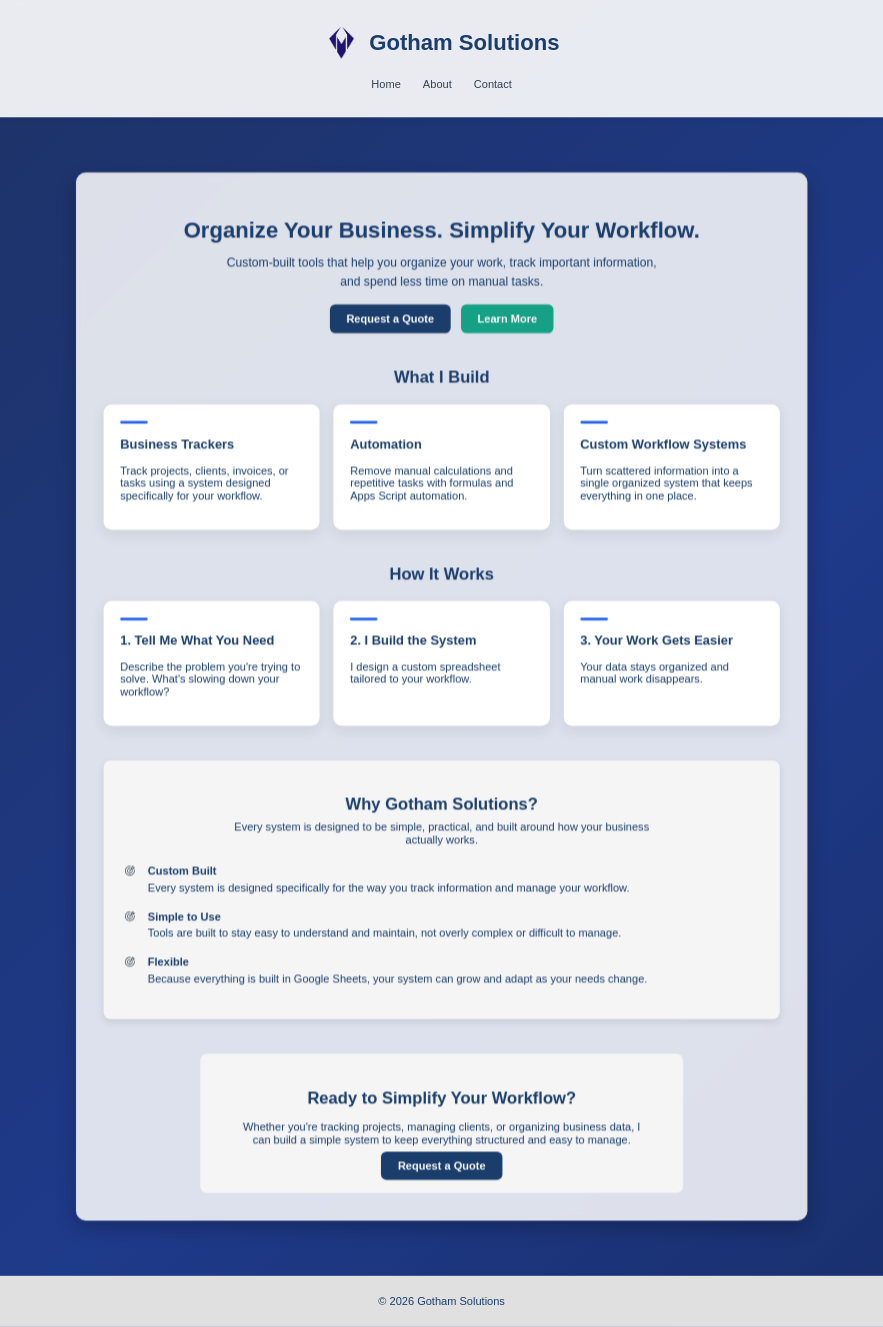
Repository: kmm569/gothamsolutions
Page: index.html
The author's editor kept a copy of each file at every save. The page is drawn from the files as they stood at one save, then again after the next save.
The browser window is 1280 px wide. The pictures show the whole page, at 69% of full size.

Above is the page before, as saved 2026-03-08 03:30:01.

### index.html
<!DOCTYPE html>
<html lang="en">

<head>

<meta charset="UTF-8">
<meta name="viewport" content="width=device-width, initial-scale=1.0">

<title>Gotham Solutions</title>

<link rel="stylesheet" href="styles.css">
<link rel="icon" href="./icons/favicon.ico">
</head>

<body>

<header>

	<div class="logo-container">
		<img src="LogoSolo.png" alt="Gotham Solutions Logo" class="logo">
		<h1>Gotham Solutions</h1>
	</div>

	<nav>
		<ul>
			<li><a href="index.html" class="nav-link">Home</a></li>
			<li><a href="about.html" class="nav-link">About</a></li>
			<li><a href="contact.html" class="nav-link">Contact</a></li>
		</ul>
	</nav>

</header>

<main>
<div class="content-wrapper">
<section class="hero">

	<h2>Organize Your Business. Simplify Your Workflow.</h2>

	<p class="hero-text">
	Custom-built tools that help you organize your work, track important information, and spend less time on manual tasks.
	</p>

	<div class="hero-buttons">

		<a href="contact.html" class="button-primary">
			Request a Quote
		</a>

		<a href="about.html" class="button-secondary">
			Learn More
		</a>

	</div>

</section>


<section class="services">

	<h2>What I Build</h2>

	<div class="service-grid">

		<div class="service-card">
			<h3>Business Trackers</h3>
			<p>
			Track projects, clients, invoices, or tasks using a system designed specifically for your workflow.
			</p>
		</div>

		<div class="service-card">
			<h3>Automation</h3>
			<p>
			Remove manual calculations and repetitive tasks with formulas and Apps Script automation.
			</p>
		</div>

		<div class="service-card">
			<h3>Custom Workflow Systems</h3>
			<p>
			Turn scattered information into a single organized system that keeps everything in one place.
			</p>
		</div>

	</div>

</section>


<section class="process">

	<h2>How It Works</h2>

	<div class="process-grid">

		<div class="process-step">
			<h3>1. Tell Me What You Need</h3>
			<p>
			Describe the problem you're trying to solve. What's slowing down your workflow?
			</p>
		</div>

		<div class="process-step">
			<h3>2. I Build the System</h3>
			<p>
			I design a custom spreadsheet tailored to your workflow.
			</p>
		</div>

		<div class="process-step">
			<h3>3. Your Work Gets Easier</h3>
			<p>
			Your data stays organized and manual work disappears.
			</p>
		</div>

	</div>

</section>

<section class="why-section">
		<h2>Why Gotham Solutions?</h2>

<p>
Every system is designed to be simple, practical, and built around how your business actually works.
</p>

<ul class="about-points">

<li>
<strong>Custom Built</strong><br>
Every system is designed specifically for the way you track information and manage your workflow.
</li>

<li>
<strong>Simple to Use</strong><br>
Tools are built to stay easy to understand and maintain, not overly complex or difficult to manage.
</li>

<li>
<strong>Flexible</strong><br>
Because everything is built in Google Sheets, your system can grow and adapt as your needs change.
</li>

</ul>
	</section>

<section class="cta">

	<h2>Ready to Simplify Your Workflow?</h2>

	<p>
	Whether you're tracking projects, managing clients, or organizing business data, I can build a simple system to keep everything structured and easy to manage.
	</p>

	<a href="contact.html" class="button-primary">
		Request a Quote
	</a>

</section>


</div>
</main>


<footer>
	<p>&copy; 2026 Gotham Solutions</p>
</footer>


<script>

const params = new URLSearchParams(window.location.search);

if (params.has("template")) {
	sessionStorage.setItem("template", params.get("template"));
}

if (params.has("source")) {
	sessionStorage.setItem("source", params.get("source"));
}

const header = document.querySelector("header");

let isShrunk = false;

const shrinkPoint = 120;
const expandPoint = 40;

window.addEventListener("scroll", () => {

	const scroll = window.scrollY;

	if (!isShrunk && scroll > shrinkPoint) {
		header.classList.add("scrolled");
		isShrunk = true;
	}

	if (isShrunk && scroll < expandPoint) {
		header.classList.remove("scrolled");
		isShrunk = false;
	}

});
</script>
</body>
</html>

### styles.css
*,
*::before,
*::after{
	box-sizing:border-box;
}

body{
	background:#ffffff;
	color:#1A3D6B;
	font-family:Arial, sans-serif;
	margin:0;
	padding:0;
	display:flex;
	flex-direction:column;
	min-height:100vh;
}

header{
	position:sticky;
	top:0;
	z-index:100;

	transition:padding 0.25s ease;
}

/* logo animation */
.logo-container{
	overflow:hidden;
	transition:
		max-height 0.25s ease,
		opacity 0.2s ease,
		transform 0.25s ease;
}

/* default visible logo height */
.logo-container{
	max-height:120px;
}

/* compact header when scrolling */
header.scrolled{
	padding:10px 20px;
	box-shadow:0 6px 18px rgba(0,0,0,0.15);
}

/* hide logo smoothly */
header.scrolled .logo-container{
	max-height:0;
	opacity:0;
	transform:translateY(-10px);
}

header{
	display:flex;
	flex-direction:column;
	align-items:center;

	padding:22px 20px;

	background:rgba(255,255,255,0.9);
	backdrop-filter:blur(6px);

	box-shadow:0 2px 10px rgba(0,0,0,0.08);
}
@media (max-width:600px){

	header{
		padding:16px 12px;
	}

}

.logo-container{
	display:flex;
	align-items:center;
	gap:14px;
}

.logo{
	height:52px;
}

nav ul{
	display:flex;
	gap:32px;

	list-style:none;
	padding:0;
	margin-top:12px;
}

.nav-link{
	text-decoration:none;

	color:#334155;
	font-weight:500;

	position:relative;

	transition:color 0.2s ease;
}

.nav-link:hover{
	color:#2563eb;
}

.nav-link::after{
	content:"";

	position:absolute;
	left:0;
	bottom:-4px;

	width:0;
	height:2px;

	background:#2563eb;

	transition:width 0.2s ease;
}

.nav-link:hover::after{
	width:100%;
}

main{
	flex:1;
	padding:40px 20px;
	width:100%;
	max-width:1100px;
	margin:0 auto;
}


/* HERO */

.hero{
	text-align:center;
	margin-bottom:50px;
}

.hero h2{
	font-size:2em;
	margin-bottom:15px;
}

.hero-text{
	max-width:650px;
	margin:auto;
	font-size:1.1em;
	line-height:1.5;
}

@media (max-width:600px){

	.hero-text{
		max-width:100%;
		padding:0 6px;
	}

}

.hero-buttons{
	margin-top:20px;
	display:flex;
	gap:15px;
	justify-content:center;
	flex-wrap:wrap;
}


/* BUTTONS */

.button-primary{
	background:#1A3D6B;
	color:white;
	padding:12px 24px;
	border-radius:8px;
	text-decoration:none;
	font-weight:bold;
}

.button-secondary{
	background:#16A085;
	color:white;
	padding:12px 24px;
	border-radius:8px;
	text-decoration:none;
	font-weight:bold;
}

@media (max-width:600px){

	.button-primary,
	.button-secondary{
		padding:10px 18px;
		font-size:0.95em;
	}

}


/* SERVICES */

.services{
	margin-bottom:50px;
}

.services h2{
	text-align:center;
	margin-bottom:25px;
}

.service-grid{
	display:grid;
	grid-template-columns:repeat(auto-fit,minmax(220px,1fr));
	gap:20px;
}

@media (max-width:600px){

	.service-grid{
		grid-template-columns:1fr;
		gap:18px;
	}

}

.service-card{
	background:#F5F5F5;
	padding:20px;
	border-radius:10px;
	box-shadow:0 4px 10px rgba(0,0,0,0.1);
}


/* PROCESS */

.process{
	margin-bottom:20px;
}

.process h2{
	text-align:center;
	margin-bottom:25px;
}

.process-grid{
	display:grid;
	grid-template-columns:repeat(auto-fit,minmax(220px,1fr));
	gap:20px;
}

.process-step{
	background:#F5F5F5;
	padding:20px;
	border-radius:10px;
	box-shadow:0 4px 10px rgba(0,0,0,0.1);
}


/* CTA */

.cta{
	text-align:center;
	background:#F5F5F5;
	padding:30px;
	border-radius:10px;
	max-width:700px;
	margin:0 auto;
}


.cta p{
	max-width:600px;
	margin:10px auto 20px auto;
}




/* FORM */

.contact-section{
	max-width:900px;
	margin:60px auto;
	padding:0 20px;
}

.form-card{
	background:#F5F5F5;
	padding:30px;
	border-radius:10px;
	box-shadow:0 6px 14px rgba(0,0,0,0.15);

	width:100%;
	max-width:900px;

	margin:0 auto;
}

.form-card form{
	width:100%;
}

form{
	display:flex;
	flex-direction:column;
	gap:14px;
}

input,
select,
textarea{
	width:100%;
	padding:14px;
	font-size:15px;
}

.submit-button{
	margin-top:10px;
	padding:12px;
	border:none;
	background:#1A3D6B;
	color:white;
	font-weight:bold;
	border-radius:8px;
	cursor:pointer;
}

.submit-button:hover{
	background:#163457;
}

input,
select,
textarea{
	width:100%;
	padding:12px;
	border-radius:6px;
	border:1px solid #ccc;
	font-size:14px;
	box-sizing:border-box;
}

/* WHY SECTION */

.why-section{
	margin:50px 0;
	background:#F5F5F5;
	padding:30px;
	border-radius:10px;
	box-shadow:0 4px 10px rgba(0,0,0,0.1);
}

.why-section h2{
	text-align:center;
	margin-bottom:10px;
}

.why-section > p{
	text-align:center;
	max-width:650px;
	margin:0 auto 25px auto;
}

footer{
	background:#E0E0E0;
	padding:12px;
	text-align:center;
}

/* WHY GOTHAM SOLUTIONS LIST */

.about-points{
	list-style:none;
	padding:0;
	margin-top:20px;

	display:flex;
	flex-direction:column;
	gap:18px;
}

.about-points li{
	position:relative;
	padding-left:34px;
	line-height:1.5;
}

.about-points li::before{
	content:"";

	position:absolute;
	left:0;
	top:3px;

	width:16px;
	height:16px;

	background-color:#2C3E50;

	mask:url("/icons/target.svg") no-repeat center;
	mask-size:contain;

	-webkit-mask:url("/icons/target.svg") no-repeat center;
	-webkit-mask-size:contain;
}

body{
	background: linear-gradient(
		-45deg,
		#0f172a,
		#1e3a8a,
		#1e293b,
		#2563eb
	);

	background-size: 400% 400%;
	animation: gradientShift 15s ease infinite;

	min-height:100vh;
}

@keyframes gradientShift{
	0%{
		background-position:0% 50%;
	}
	50%{
		background-position:100% 50%;
	}
	100%{
		background-position:0% 50%;
	}
}

.content-wrapper{
	max-width:1100px;
	margin:40px auto;
	padding:40px;

	background:rgba(255,255,255,0.85);

	border-radius:14px;

	box-shadow:0 10px 30px rgba(0,0,0,0.25);

	backdrop-filter:blur(6px);
}

.service-card,
.process-step{
	background:#ffffff;
	border-radius:12px;

	padding:24px;

	box-shadow:0 6px 18px rgba(0,0,0,0.08);

	transition:
		transform 0.2s ease,
		box-shadow 0.2s ease;
}

.service-card:hover,
.process-step:hover{
	transform:translateY(-6px);

	box-shadow:0 14px 32px rgba(0,0,0,0.15);
}

.service-card::before,
.process-step::before{
	content:"";
	display:block;

	height:4px;
	width:40px;

	background:#2563eb;

	border-radius:4px;

	margin-bottom:12px;
}

### icons/target.svg
<svg viewBox="0 0 2048 2048" xmlns="http://www.w3.org/2000/svg">
<path d="M1024 640q-80 0-149 30t-122 82-83 123-30 149q0 80 30 149t82 122 122 83 150 30q79 0 149-30t122-82 83-122 30-150q0-64-22-128h134q8 32 12 64t4 64q0 106-40 199t-110 162-163 110-199 41q-106 0-199-40t-162-110-110-163-40-199q0-106 40-199t109-162 163-110 199-41q32 0 64 4t64 12v134q-64-22-128-22zm866 155q30 113 30 229 0 123-32 237t-90 214-141 182-181 140-214 91-238 32q-123 0-237-32t-214-90-182-141-140-181-91-214-32-238q0-123 32-237t90-214 141-182 181-140 214-91 238-32q116 0 229 30l-101 101v8q-32-5-64-8t-64-3q-106 0-204 27t-183 78-156 120-120 155-77 184-28 204q0 106 27 204t78 183 120 156 155 120 184 77 204 28q106 0 204-27t183-78 156-120 120-155 77-184 28-204q0-32-3-64t-8-64h8l101-101zm-610-118V390L1664 6v378h378l-384 384h-287l-223 223q4 15 4 33 0 27-10 50t-27 40-41 28-50 10q-27 0-50-10t-40-27-28-41-10-50q0-27 10-50t27-40 41-28 50-10q18 0 33 4l223-223zm128-37h197l128-128h-197V315l-128 128v197z"/>
</svg>

After the next save:
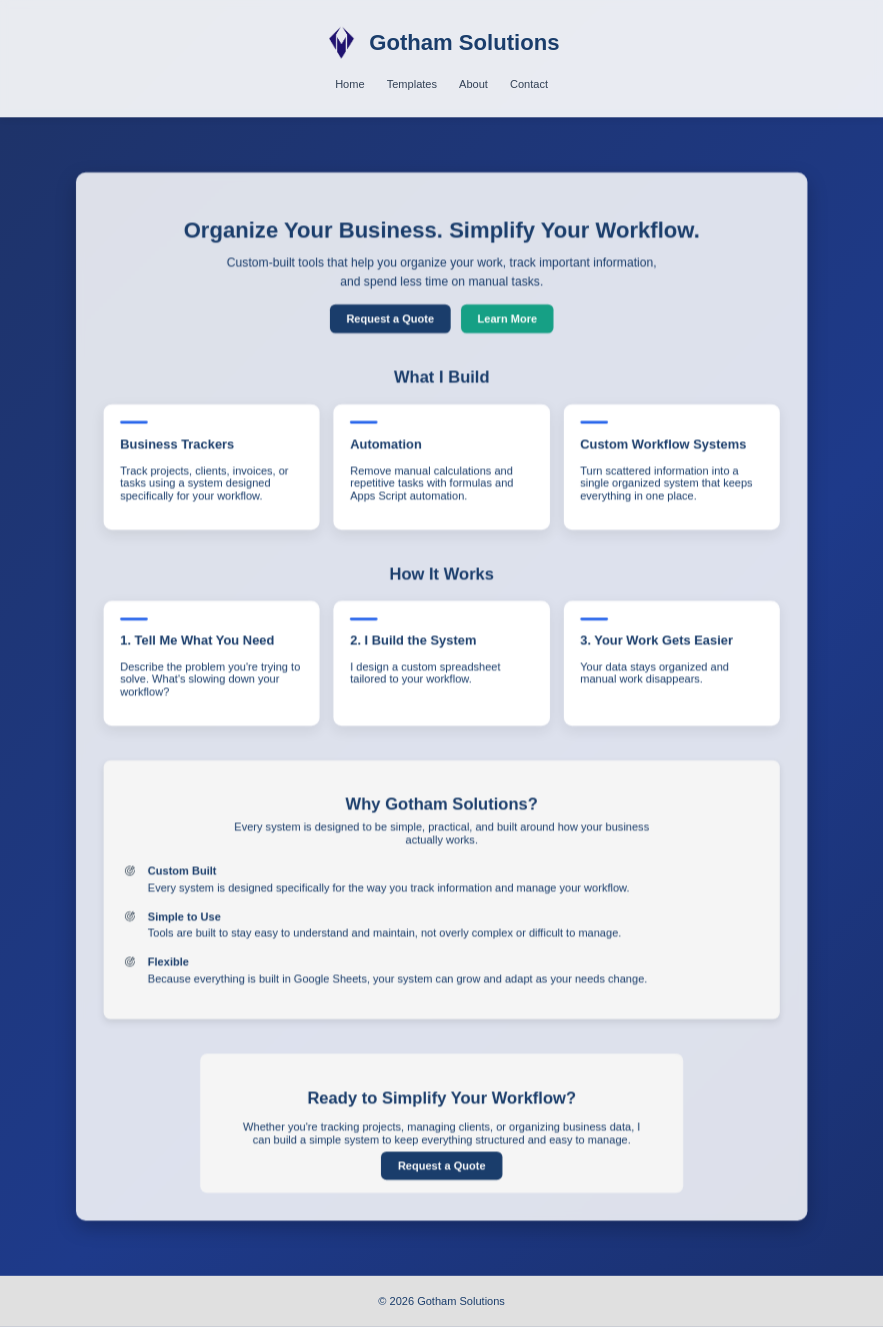
Saved 16 s later.
--- a/index.html
+++ b/index.html
@@ -22,12 +22,13 @@
 	</div>
 
 	<nav>
-		<ul>
-			<li><a href="index.html" class="nav-link">Home</a></li>
-			<li><a href="about.html" class="nav-link">About</a></li>
-			<li><a href="contact.html" class="nav-link">Contact</a></li>
-		</ul>
-	</nav>
+	<ul>
+		<li><a href="index.html" class="nav-link">Home</a></li>
+		<li><a href="templates.html" class="nav-link">Templates</a></li>
+		<li><a href="about.html" class="nav-link">About</a></li>
+		<li><a href="contact.html" class="nav-link">Contact</a></li>
+	</ul>
+</nav>
 
 </header>
 
